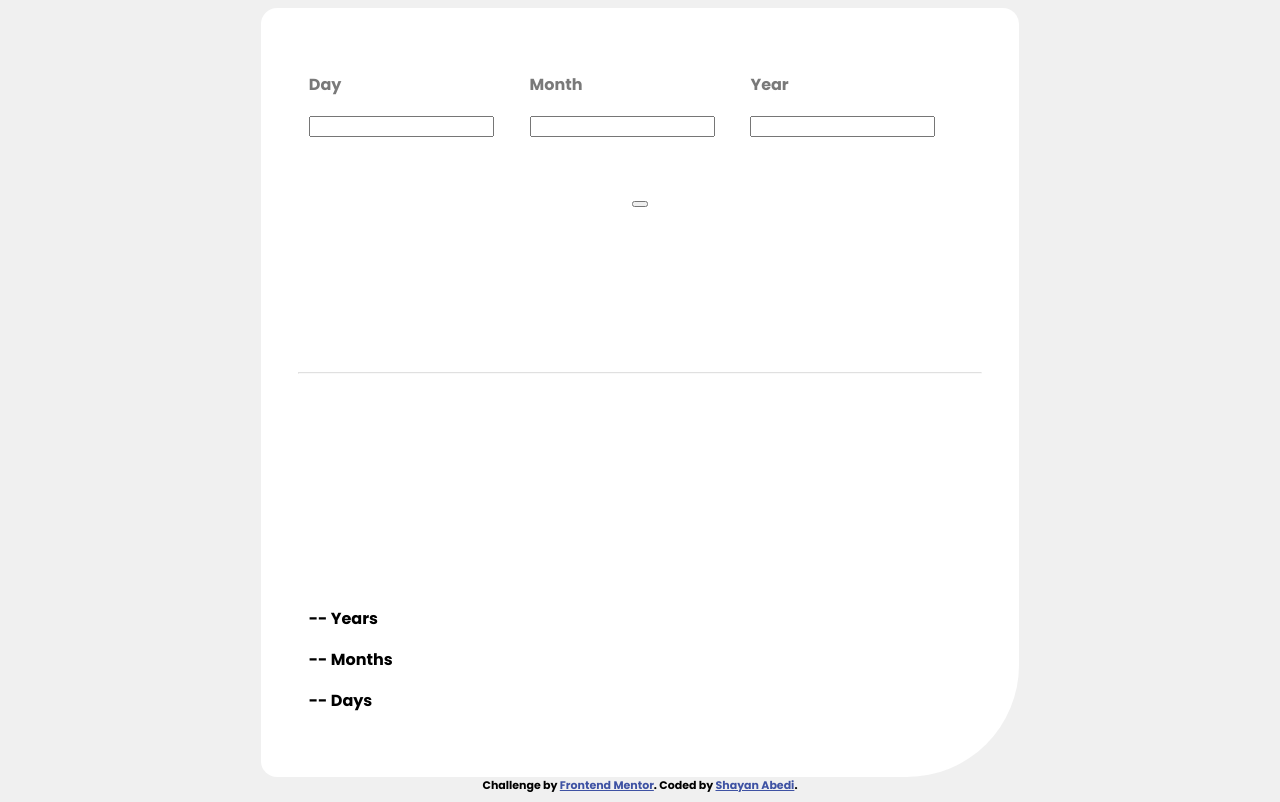
Repository: shayanabedi98/age-calculator
Page: index.html
These files come from the project's save history. The page is drawn as it stood at one moment and after the next save; the edit follows.
The browser window is 1280 px wide. The pictures show the whole page.

Above is the page before, as saved 2023-09-18 19:31:36.

After the next save:
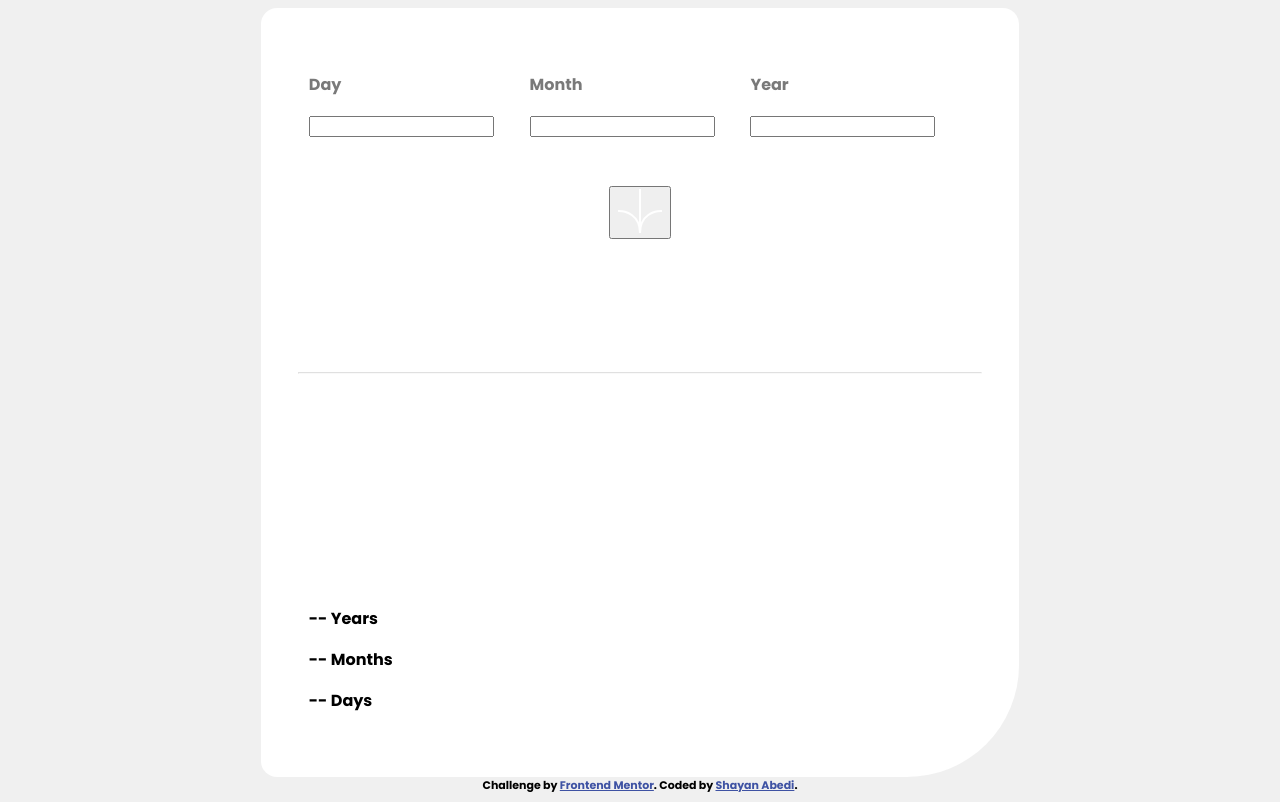
Saved 41 s later.
--- a/index.html
+++ b/index.html
@@ -25,7 +25,7 @@
       </div>
     </div>
     <div class="calculate">
-      <button></button>
+      <button><svg xmlns="http://www.w3.org/2000/svg" width="46" height="44" viewBox="0 0 46 44"><g fill="none" stroke="#FFF" stroke-width="2"><path d="M1 22.019C8.333 21.686 23 25.616 23 44M23 44V0M45 22.019C37.667 21.686 23 25.616 23 44"/></g></svg></button>
     </div>
     <div class="line">
       <hr>
